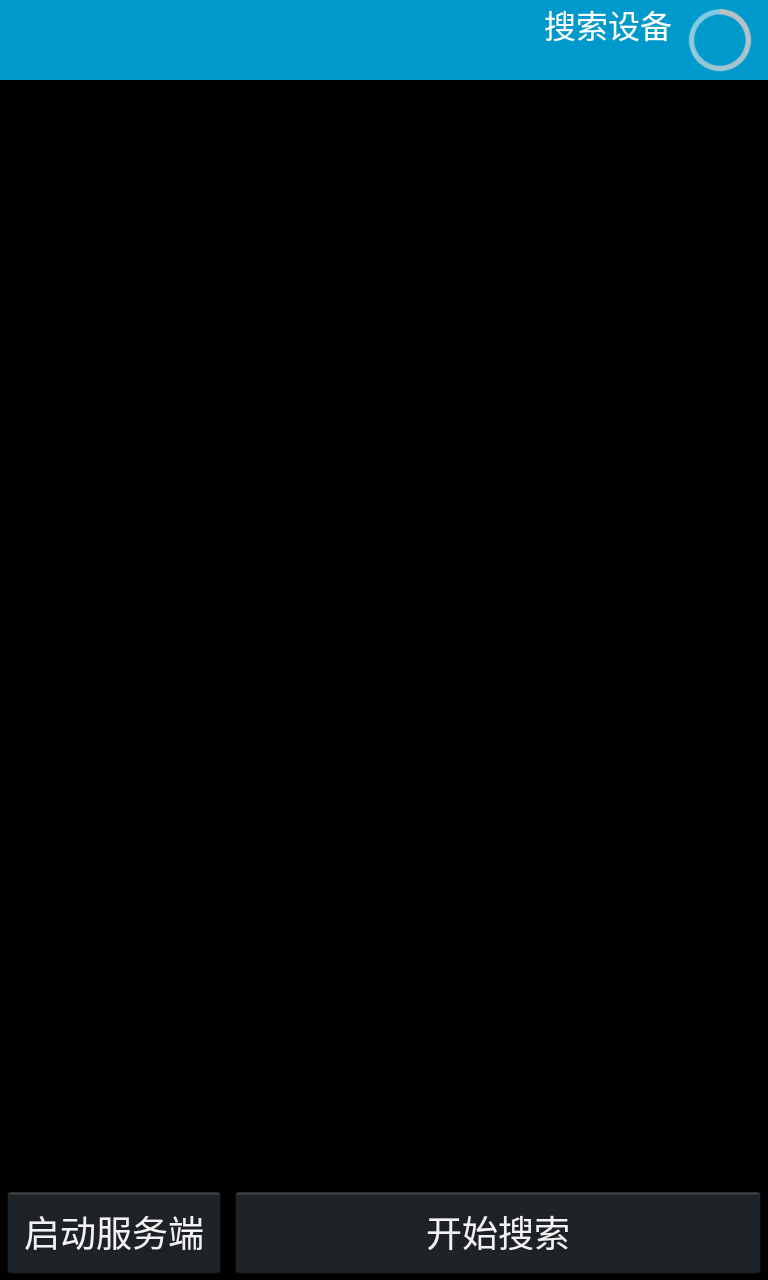
Repository: yihu0817/AndroidDemo
Layout: 蓝牙/AndroidBluetooth/res/layout/devices_layout.xml
An editor plug-in stored every save of this project. The layout is shown before and after the next save, followed by the edit.
It is drawn on a 768 x 1280 px phone screen (xhdpi) without system bars, with theme android:Theme.Holo; the app's code is not run. Lists and similar views that code fills are empty.

Above is the layout before, as saved 2015-03-20 02:26:44.

### 蓝牙/AndroidBluetooth/res/layout/devices_layout.xml
<?xml version="1.0" encoding="utf-8"?>
<RelativeLayout xmlns:android="http://schemas.android.com/apk/res/android"
    android:id="@+id/devices"
    android:layout_width="fill_parent"
    android:layout_height="fill_parent"
    android:orientation="vertical" >

    <RelativeLayout
        android:id="@+id/title_layout"
        android:layout_width="fill_parent"
        android:layout_height="40dp"
        android:background="@android:color/holo_blue_dark" >

        <ProgressBar
            android:layout_alignParentRight="true"
            android:id="@+id/progress_bar"
            android:layout_width="wrap_content"
            android:layout_height="wrap_content"/>
        <TextView
            android:id="@+id/title_txt"
            android:layout_width="wrap_content"
            android:layout_height="match_parent"
            android:layout_gravity="center"
            android:text="搜索设备"
            android:layout_toLeftOf="@id/progress_bar"
            android:textColor="@android:color/white"
            android:textSize="16sp" />

    </RelativeLayout>

    <RelativeLayout
        android:id="@+id/bt_bottombar"
        android:layout_width="fill_parent"
        android:layout_height="wrap_content"
        android:layout_alignParentBottom="true" >

        <Button
            android:id="@+id/start_service"
            android:layout_width="wrap_content"
            android:layout_height="wrap_content"
            android:text="启动服务端" />

        <Button
            android:id="@+id/start_seach"
            android:layout_width="fill_parent"
            android:layout_height="wrap_content"
            android:layout_toRightOf="@+id/start_service"
            android:text="开始搜索" />
    </RelativeLayout>

    <ListView
        android:id="@+id/list"
        android:layout_width="fill_parent"
        android:layout_height="fill_parent"
        android:layout_above="@id/bt_bottombar"
        android:layout_below="@id/title_layout"
        android:layout_weight="1.0"
        android:divider="#ffc6c6c6"
        android:scrollingCache="false" />

</RelativeLayout>

After the next save:
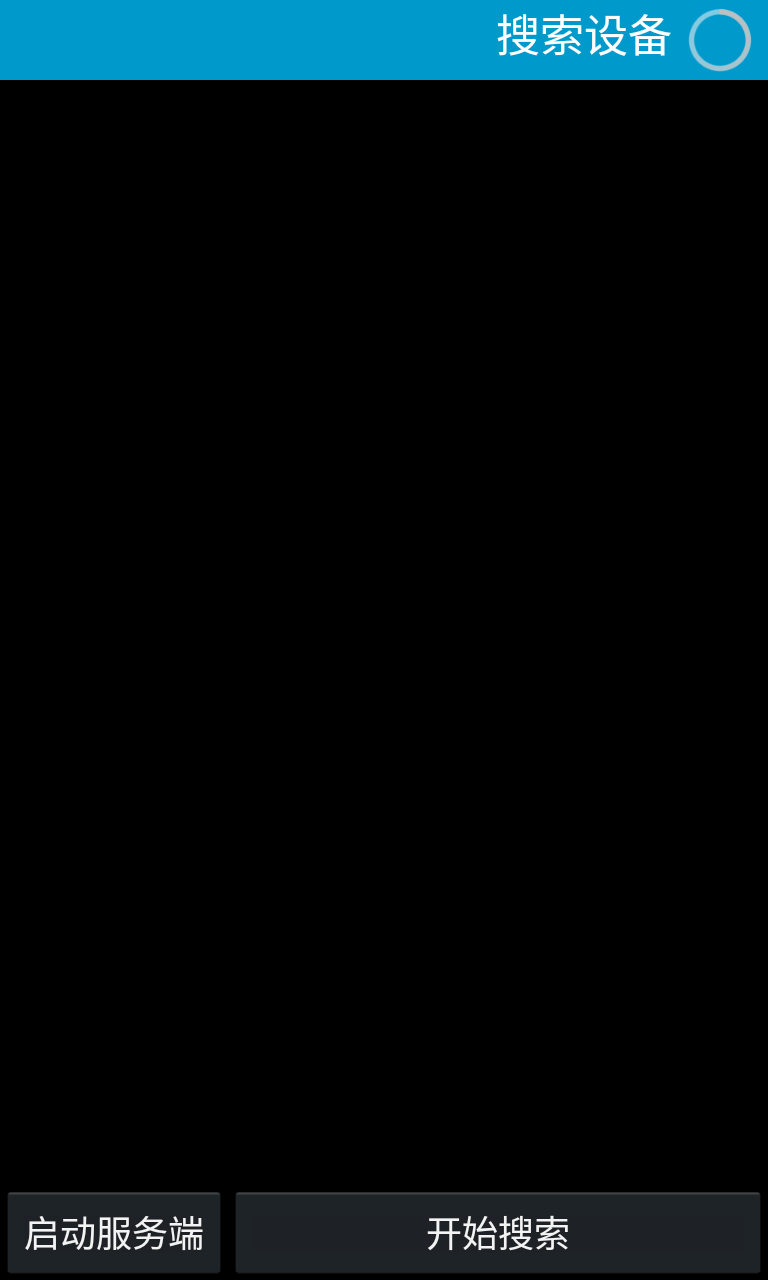
Saved 6 s later.
--- a/蓝牙/AndroidBluetooth/res/layout/devices_layout.xml
+++ b/蓝牙/AndroidBluetooth/res/layout/devices_layout.xml
@@ -24,7 +24,7 @@
             android:text="搜索设备"
             android:layout_toLeftOf="@id/progress_bar"
             android:textColor="@android:color/white"
-            android:textSize="16sp" />
+            android:textSize="22sp" />
 
     </RelativeLayout>
 
